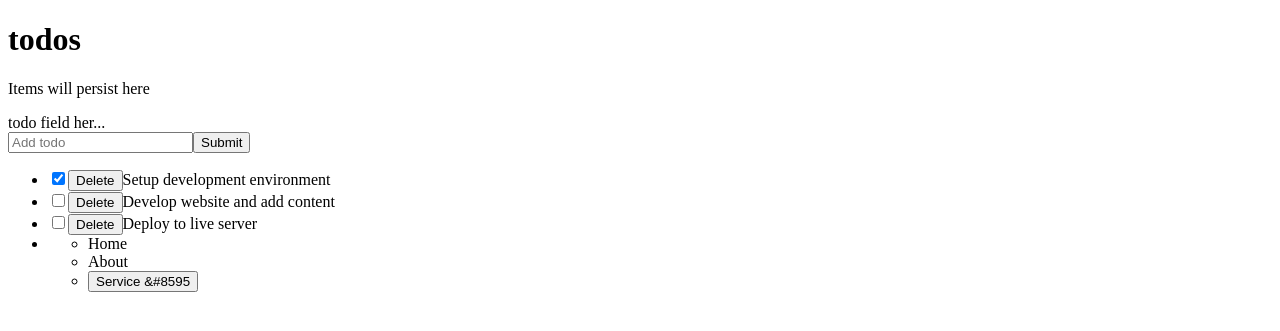
Repository: Paulinelali/todo-react
Page: / (app in todo-react-app/)
An editor plug-in stored every save of this project. The page is shown before and after a run of saves, followed by the edit.
The browser window is 1280 px wide. The pictures show the whole page.
The project was rebuilt for these pictures with package versions that can differ from the ones it lists, and the page was loaded fresh each time. Also part of the build but not shown: todo-react-app/vite.config.js.

Above is the page before, as saved 2023-07-12 22:16:34.

### todo-react-app/src/main.jsx
import React from "react";
import ReactDOM from "react-dom/client";

import TodoApp from '@/components/TodoApp';

const domContainer = document.getElementById("root");
const root = ReactDOM.createRoot(domContainer);
root.render(<TodoApp />);

### todo-react-app/src/components/TodoApp.jsx
import Header from '@/components/Header';
import TodoLogic from './TodosLogic';

const TodoApp = () => {
  return (
    <div>
      <Header />
      <TodoLogic />
    </div>
  )
}

export default TodoApp

### todo-react-app/src/components/Header.jsx
const Header = () => {
  return (
    <header>
      <h1>todos</h1>
      <p>Items will persist here</p>
    </header>
  )
}

export default Header

### todo-react-app/src/components/TodosLogic.jsx
import InputTodo from "./InputTodo";
import TodoList from "./TodosList"

const TodoLogic = () => {

  const todos = [
    {
      id: 1,
      title: 'Setup development environment',
      completed: true,
    },
    {
      id: 2,
      title: 'Develop website and add content',
      completed: false,
    },
    {
      id: 3,
      title: 'Deploy to live server',
      completed: false,
    },
  ];

  return (
    <div>
      <InputTodo />
      <TodoList todosProps={todos}/>
    </div>
  )
}

export default TodoLogic

### todo-react-app/src/components/InputTodo.jsx
import { useState } from "react"
const InputTodo = ({addTodoItem}) => {

  const [title, setTitle] = useState("")
  const [message, setMessage] = useState("")

  const handleChange = (e) => {
    setTitle(e.target.value)
  }

  const handleSubmit = (e) => {
    e.preventDefault();
    if(title.trim()){
      addTodoItem(title);
      setTitle("")
      setMessage("")
    }else{
      setMessage("Please add an item")
    }


  }
  return (
    <div>todo field her...
      <form onSubmit={handleSubmit}>
        <input type="text" value={title} onChange={handleChange} placeholder="Add todo"/>
        <button>Submit</button>
      </form>
      <span>{message}</span>
    </div>
  )
}

export default InputTodo

### todo-react-app/src/components/TodosList.jsx
import TodoItem from "./TodoItem"
import Navbar from "./NavBar"

const TodoList = ({ todosProps }) => {
  return (
    <ul>
      { todosProps.map((todo) => (
        <TodoItem key={todo.id} itemProp={todo} />
      ))
      }
      <li><Navbar /></li>
    </ul>
  )
}

export default TodoList

### todo-react-app/src/components/TodoItem.jsx
const TodoItem = ({itemProp, handleChange, delTodo }) => {

  return (
    <div>
      <li>
        <input type="checkbox" checked={itemProp.completed} onChange={() => handleChange(itemProp.id)}/>
        <button onClick={() => delTodo(itemProp.id)}>Delete</button>
        {itemProp.title}
        </li>
    </div>
  )
}

export default TodoItem

### todo-react-app/src/components/NavBar.jsx
import { useEffect, useState } from "react";

const Navbar = () => {
  const [dropdown, setDropdown] = useState(false)
  useEffect( () => {

  })
  return (
    <nav>
      <ul>
        <li>Home</li>
        <li>About</li>
        <li>
          <button onClick={ () => setDropdown((prev) => !prev)}>
          Service <span>&#8595</span>
          </button>
          {dropdown && (
            <ul>
            <li>Design</li>
            <li>Development</li>
          </ul>
          )}

        </li>
      </ul>
    </nav>
  );
};
export default Navbar;

Loaded but not shown: todo-react-app/index.html (common file)

After the next 4 saves:
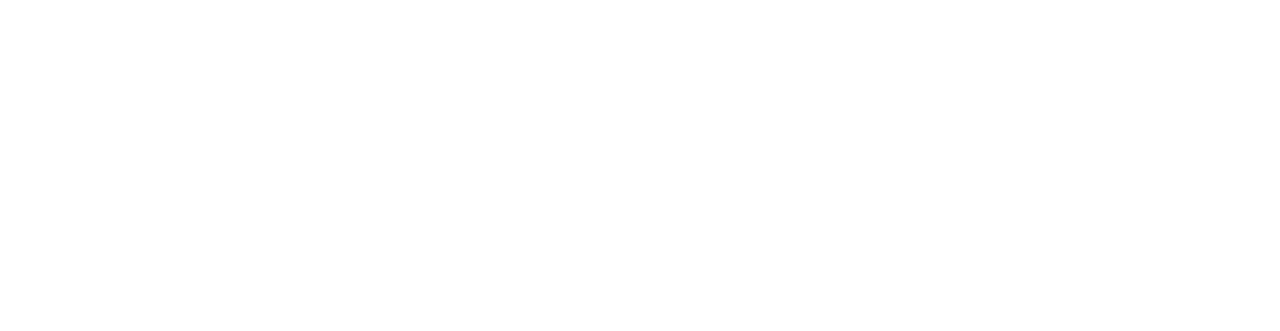
Console error: ReferenceError: prev is not defined
The 4 saves are shown as one change because 2 did not build or start and some came seconds apart.
The last was saved 43 s later.
--- a/todo-react-app/src/components/NavBar.jsx
+++ b/todo-react-app/src/components/NavBar.jsx
@@ -3,7 +3,7 @@
 const Navbar = () => {
   const [dropdown, setDropdown] = useState(false)
   useEffect( () => {
-
+    document.title = ( prev)
   })
   return (
     <nav>

After the 2 saves that followed:
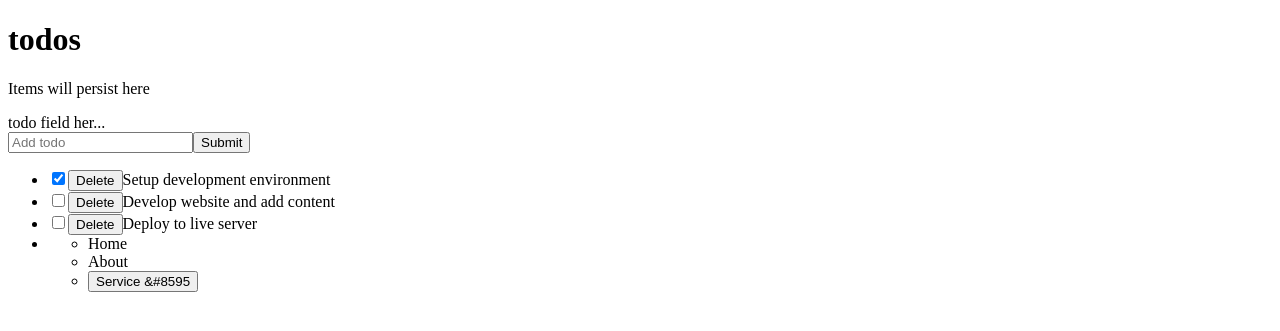
The error is gone.
The 2 saves are shown as one change because 1 did not build or start.
The last was saved 8 s later.
--- a/todo-react-app/src/components/NavBar.jsx
+++ b/todo-react-app/src/components/NavBar.jsx
@@ -3,7 +3,7 @@
 const Navbar = () => {
   const [dropdown, setDropdown] = useState(false)
   useEffect( () => {
-    document.title = ( prev)
+    document.title = ( prev => !prev)
   })
   return (
     <nav>
